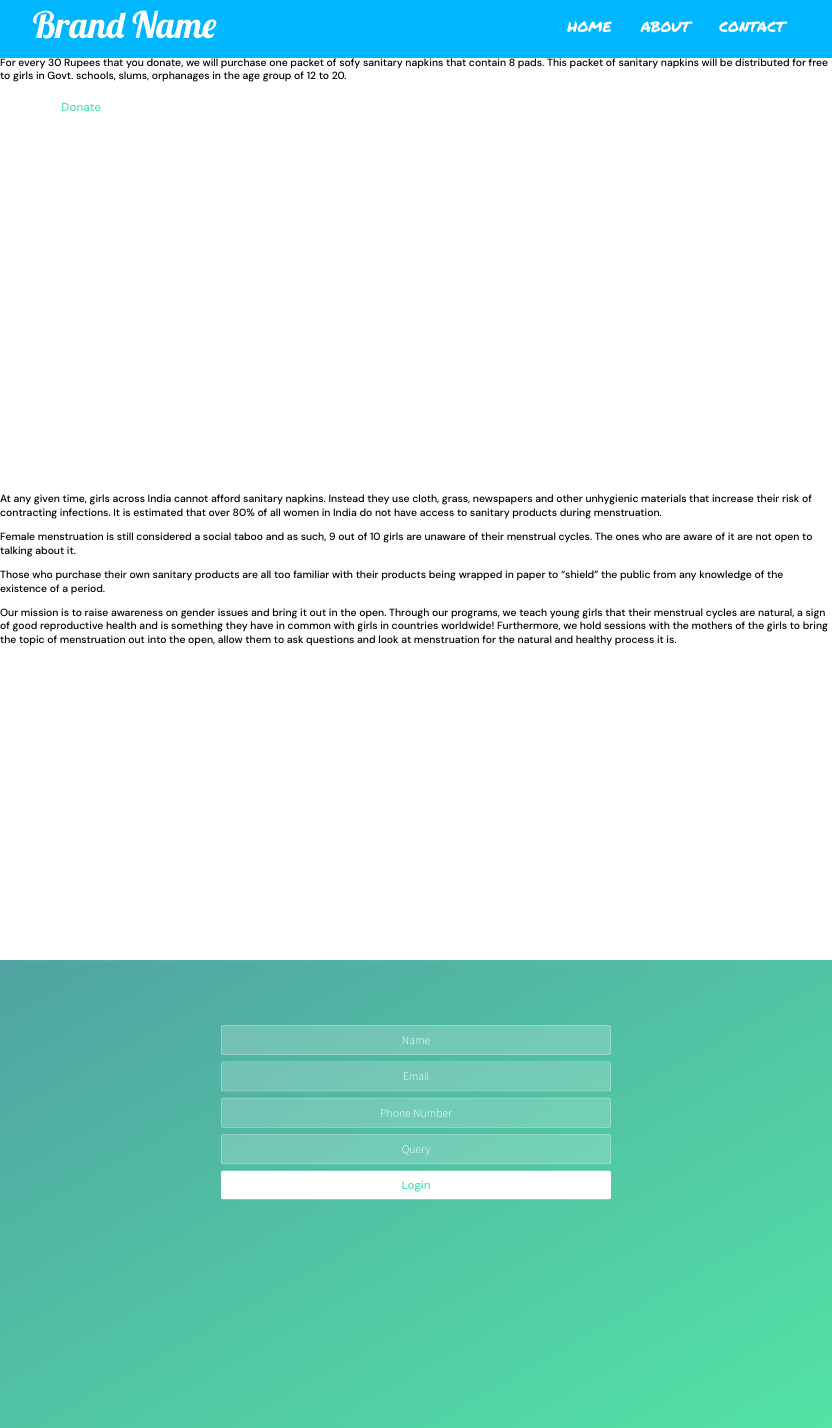
Repository: Jrap-bit/PeriodofSharing
Page: index.html
The author's editor kept a copy of each file at every save. The page is drawn from the files as they stood at one save, then again after the next save.
The browser window is 1280 px wide. The pictures show the whole page, at 65% of full size.

Above is the page before, as saved 2022-01-15 13:07:02.

### index.html
<!DOCTYPE html>
<html lang="en">
  <head>
    <meta charset="UTF-8" />
    <meta http-equiv="X-UA-Compatible" content="IE=edge" />
    <meta name="viewport" content="width=device-width, initial-scale=1.0" />
    <link rel="stylesheet" href="style.css" />
    <title>#PeriodofSharing</title>
  </head>
  <body>
    <nav class="navbar">
      <div class="brand-title">Brand Name</div>
      <a href="#" class="toggle-button">
        <span class="bar"></span>
        <span class="bar"></span>
        <span class="bar"></span>
      </a>
      <div class="navbar-links">
        <ul>
          <li><a href="#Home">HOME</a></li>
          <li><a href="#About">ABOUT</a></li>
          <li><a href="#Contact">CONTACT</a></li>
        </ul>
      </div>
    </nav>
    <div id="Home" class="home">
      <h1>#PeriodofSharing</h1>
      <p>
        For every 30 Rupees that you donate, we will purchase one packet of sofy
        sanitary napkins that contain 8 pads. This packet of sanitary napkins
        will be distributed for free to girls in Govt. schools, slums,
        orphanages in the age group of 12 to 20.
      </p>
      <div>
        <a href="Donate.html"><button class="donate-button">Donate</button></a>
      </div>
    </div>
    <div id="About" class="about">
      <p>
        At any given time, girls across India cannot afford sanitary napkins.
        Instead they use cloth, grass, newspapers and other unhygienic materials
        that increase their risk of contracting infections. It is estimated that
        over 80% of all women in India do not have access to sanitary products
        during menstruation.
      </p>
      <p>
        Female menstruation is still considered a social taboo and as such, 9
        out of 10 girls are unaware of their menstrual cycles. The ones who are
        aware of it are not open to talking about it.
      </p>
      <p>
        Those who purchase their own sanitary products are all too familiar with
        their products being wrapped in paper to “shield” the public from any
        knowledge of the existence of a period.
      </p>
      <p>
        Our mission is to raise awareness on gender issues and bring it out in
        the open. Through our programs, we teach young girls that their
        menstrual cycles are natural, a sign of good reproductive health and is
        something they have in common with girls in countries worldwide!
        Furthermore, we hold sessions with the mothers of the girls to bring the
        topic of menstruation out into the open, allow them to ask questions and
        look at menstruation for the natural and healthy process it is.
      </p>
    </div>
    <div class="contact" id="Contact">
      <div class="wrapper">
        <div class="container">
          <form class="form">
            <input type="text" placeholder="Name" />
            <input type="text" placeholder="Email" />
            <input type="text" placeholder="Phone Number" />
            <input type="text" placeholder="Query" />
            <button type="submit" id="login-button">Login</button>
          </form>
        </div>
      </div>
    </div>
  </body>
</html>

### style.css
@import url('https://fonts.googleapis.com/css2?family=DM+Sans:wght@500&display=swap');
@import url('https://fonts.googleapis.com/css2?family=Bebas+Neue&family=Lobster&family=Permanent+Marker&display=swap');
@import url('https://fonts.googleapis.com/css?family=Source+Sans+Pro:200,300');


* {
    box-sizing: border-box;
    font-family: 'DM Sans', sans-serif;
    font-weight: 300;
}

body {
    margin: 0;
    padding: 0;
    font-family: 'Source Sans Pro', sans-serif;
	 color: black;
	 font-weight: 300;
}

body ::-webkit-input-placeholder {
    font-family: 'Source Sans Pro', sans-serif;
    color: white;
    font-weight: 300;
}
body :-moz-placeholder {
    font-family: 'Source Sans Pro', sans-serif;
    color: white;
    opacity: 1;
    font-weight: 300;
}
body ::-moz-placeholder {
    font-family: 'Source Sans Pro', sans-serif;
    color: white;
    opacity: 1;
    font-weight: 300;
}
body :-ms-input-placeholder {
    font-family: 'Source Sans Pro', sans-serif;
    color: white;
    font-weight: 300;
}
.wrapper {
    background: #50a3a2;
    background: -webkit-linear-gradient(top left,#50a3a2 0%,#53e3a6 100%);
    background: -moz-linear-gradient(top left,#50a3a2 0%,#53e3a6 100%);
    background: -o-linear-gradient(top left,#50a3a2 0%,#53e3a6 100%);
    background: linear-gradient(to bottom right,#50a3a2 0%,#53e3a6 100%);
    position: absolute;
    left: 0;
    width: 100%;
    height: 100vh;
    overflow: hidden;
}
.wrapper.form-success .container h1 {
    transform: translateY(85px);
}
.container {
    max-width: 600px;
    margin: 0 auto;
    padding: 80px 0;
    height: 400px;
    text-align: center;
}
.container h1 {
    font-size: 40px;
    transition-duration: 1s;
    transition-timing-function: ease-in-put;
    font-weight: 200;
}
form {
    padding: 20px 0;
    position: relative;
    z-index: 2;
}
form input {
    display: block;
    appearance: none;
    outline: 0;
    border: 1px solid rgba(255,255,255,0.4);
    background-color: rgba(255,255,255,0.2);
    width: 100%;
    border-radius: 3px;
    padding: 10px 15px;
    margin: 0 auto 10px auto;
    text-align: center;
    font-size: 18px;
    color: white;
    transition-duration: 0.25s;
    font-weight: 300;
}
form input:hover {
    background-color: rgba(255,255,255,0.4);
}
form input:focus {
    background-color: white;
    width: 300px;
    color: #53e3a6;
}
form button {
    appearance: none;
    outline: 0;
    background-color: white;
    border: 0;
    padding: 10px 15px;
    color: #53e3a6;
    border-radius: 3px;
    width: 100%;
    cursor: pointer;
    font-size: 18px;
    transition-duration: 0.25s;
}
form button:hover {
    background-color: #f5f7f9;
}

html{
    scroll-behavior: smooth;
}

.donate-button{
    appearance: none;
    outline: 0;
    background-color: white;
    border: 0;
    padding: 10px 15px;
    color: #53e3a6;
    border-radius: 3px;
    width: 250px;
    cursor: pointer;
    font-size: 18px;
    transition-duration: 0.25s;
}
.donate-button:hover{
    background-color: #f5f7f9;
}

.navbar{
    display: flex;
    justify-content: space-between;
    align-items: center;
    background-color: rgb(0, 183, 255);
    color: white;
    width: 100%;
    margin-top: -30px;
    position: fixed;
}

.brand-title{
    font-family: 'Lobster', cursive;
    font-size: 3.5rem;
    margin: 10px 50px;
    margin-bottom: 15px;

}

.navbar-links ul{
    margin: 10px 50px 10px 50px;
    display: flex;
}

.navbar-links li {
    font-family: 'Permanent Marker', cursive;
    font-weight: bold;
    list-style: none;
    font-size: 1.4rem;

}

.navbar-links li a{
    font-family: 'Permanent Marker', cursive;
    text-decoration: none;
    color: white;
    padding: 1.4rem;
    display: block;
}

.navbar-links li:hover{
    background-color: rgb(1, 54, 75);
}

.toggle-button {
    position: absolute;
    top: .75rem;
    right: 1rem;
    display: none;
    flex-direction: column;
    justify-content: space-between;
    width: 30px;
    height: 21px;
}

.toggle-button .bar{
    height: 3px;
    width: 100%;
    background-color: white;
    border-radius: 10px;
}
.about{
    height: 100vh;

}

.home{
    height: 100vh;
}

@media (max-width: 800px) {
    .toggle-button{
        display: flex;
    }
    .navbar-links{
        display: none;
        width: 100%;
    }

    .navbar{
        flex-direction: column;
        align-items: flex-start;
    }

    .navbar-links ul {
        flex-direction: column;
        width: 100%;

    }

    .navbar-links li{
        text-align: center;
    }

    .navbar-links li a{
        padding: 0.5rem 1rem;
    }

    .navbar-links.active{
        display: flex;
    }

    .toggle-button:hover{
        background-color: #666;
    }
}

After the next save:
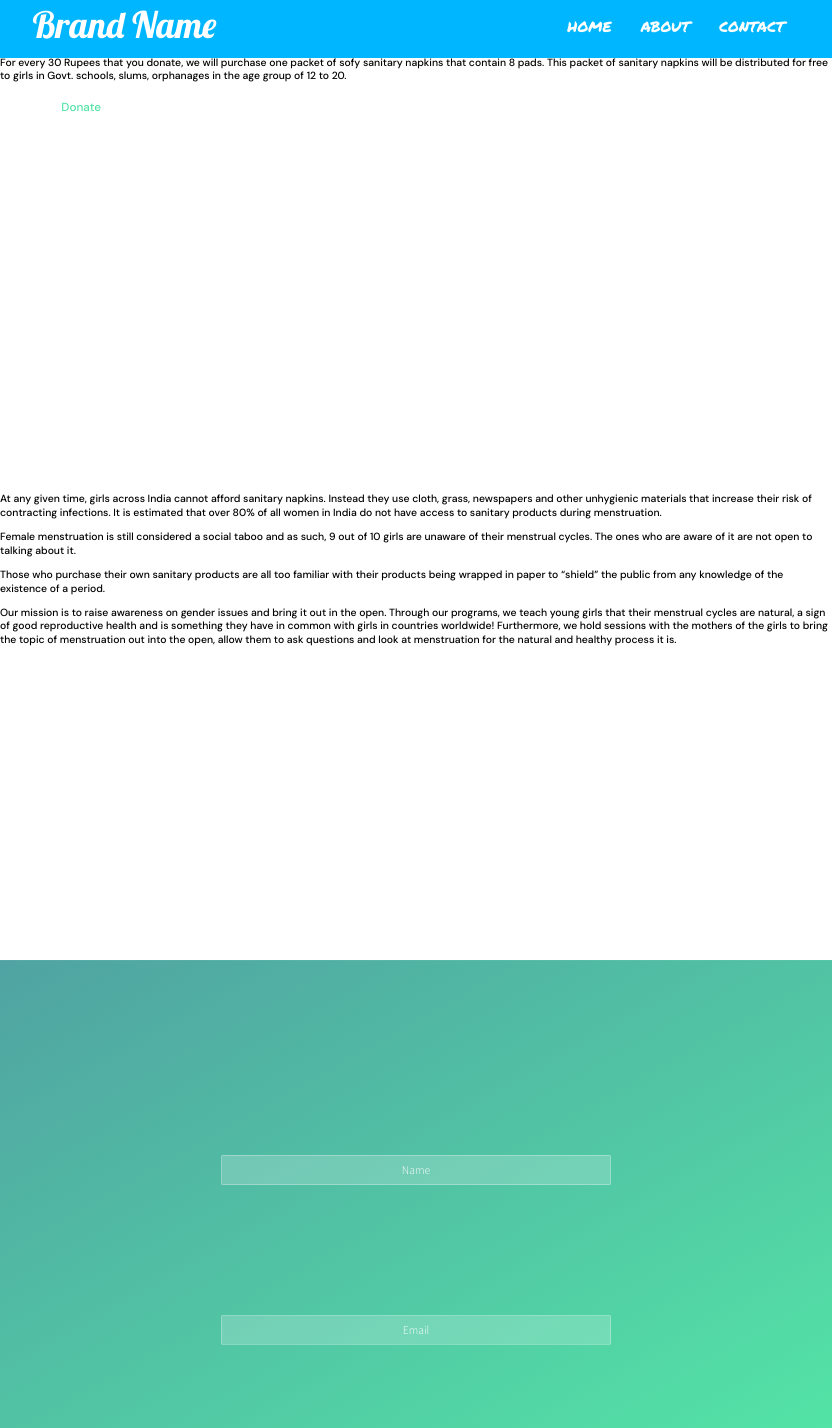
Saved 10 s later.
--- a/style.css
+++ b/style.css
@@ -81,7 +81,7 @@
     width: 100%;
     border-radius: 3px;
     padding: 10px 15px;
-    margin: 0 auto 10px auto;
+    margin: 200px auto 10px auto;
     text-align: center;
     font-size: 18px;
     color: white;

After the save that followed:
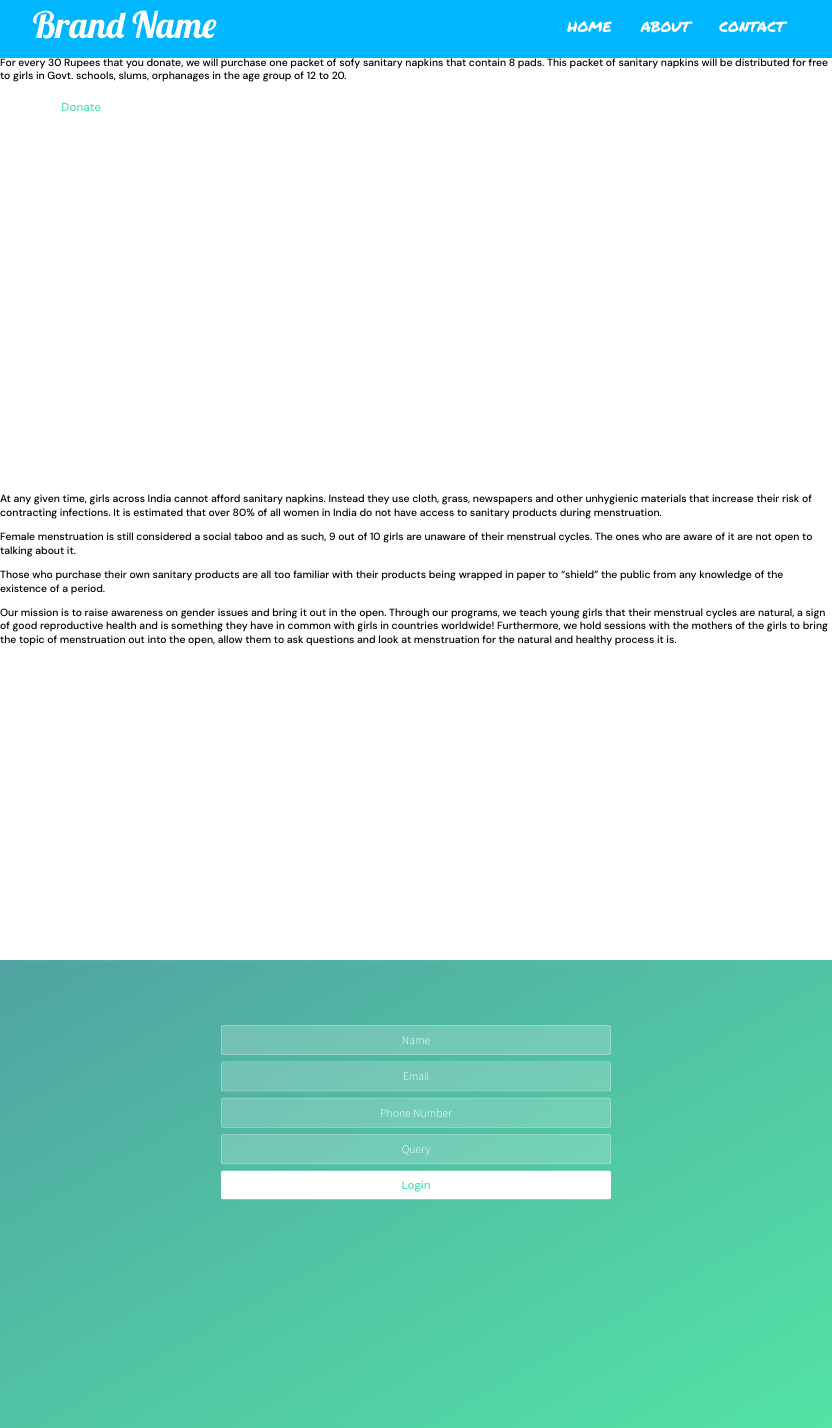
Saved 5 s later.
--- a/style.css
+++ b/style.css
@@ -81,7 +81,7 @@
     width: 100%;
     border-radius: 3px;
     padding: 10px 15px;
-    margin: 200px auto 10px auto;
+    margin: 0 auto 10px auto;
     text-align: center;
     font-size: 18px;
     color: white;
